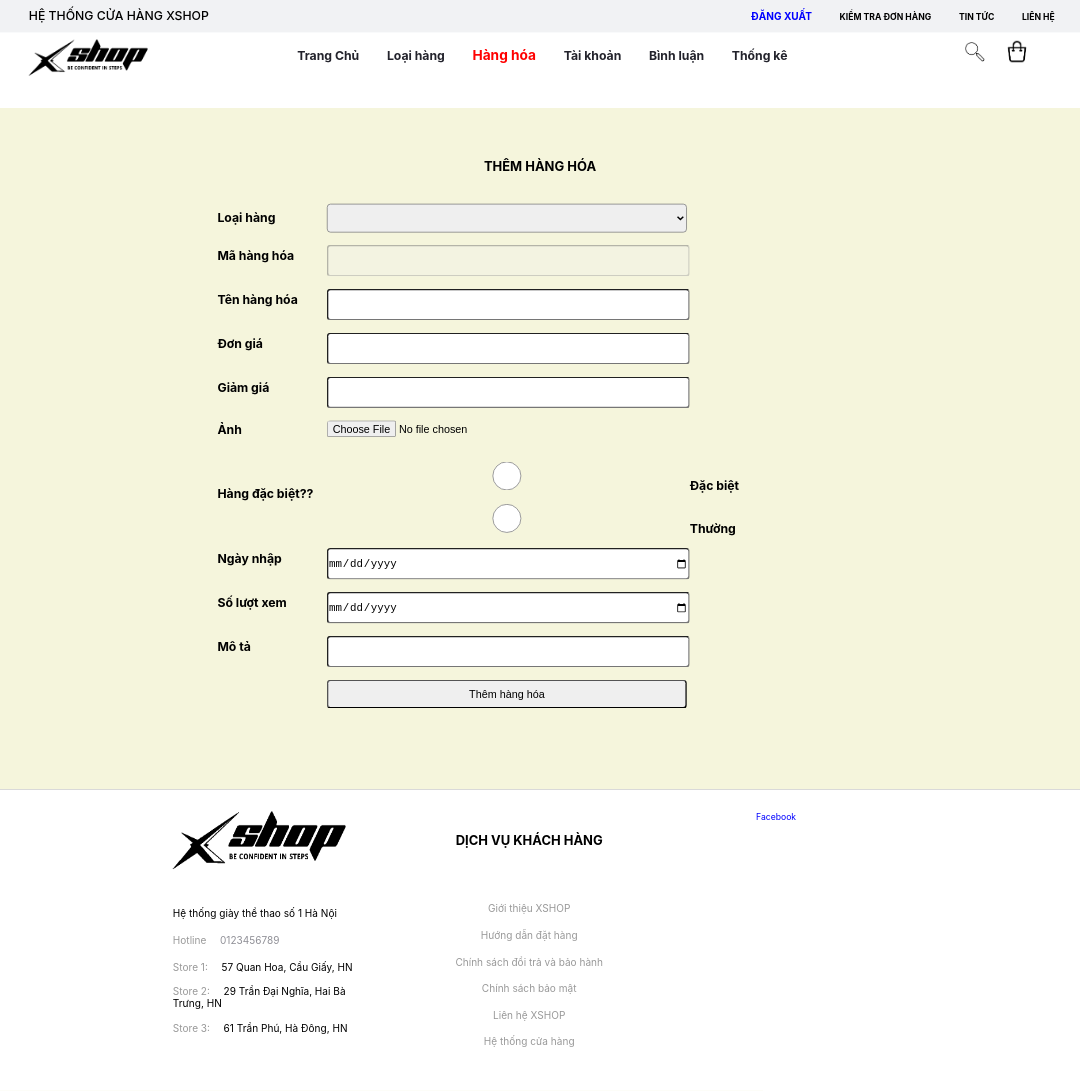
Repository: tienaq123/dam
Page: http://localhost/ass/ad/themsanpham.php
An editor plug-in stored every save of this project. The page is shown before and after the next save, followed by the edit.
The browser window is 1280 px wide. The page is 1500 px wide, so the pictures cover 1500 px, including what lies to the right of the window. The pictures show the whole page, at 72% of full size.
The page is run by PHP 8.4 with error messages shown; the project is at /var/www/html/. Queries for data that is not in the repository find no rows.

Above is the page before, as saved 2021-10-22 02:26:36.

### ad/themsanpham.php
<?php ob_start(); ?>
<!DOCTYPE html>
<html lang="en">

<head>
    <meta charset="UTF-8">
    <meta http-equiv="X-UA-Compatible" content="IE=edge">
    <meta name="viewport" content="width=device-width, initial-scale=1.0">
    <title>Thêm hàng hóa</title>
    <link rel="stylesheet" href="../css/them.css">
</head>

<body>
    <div id="wapper">

        <div id="topbar">
            <a href="#">
                <h2> HỆ THỐNG CỬA HÀNG XSHOP</h2>
            </a>
            <ul>
                <li><a class="active" style="color:blue; font-size: 14px;" href="../logout.php">ĐĂNG XUẤT</a></li>
                <li><a href="product.php">KIỂM TRA ĐƠN HÀNG</a></li>
                <li><a href="product.php">TIN TỨC</a></li>
                <li><a href="product.php">LIÊN HỆ</a></li>
            </ul>
        </div>
        <header id="header">
            <div id="logo">
                <a href="http://localhost/xshop/"> <img src="../img/logo.png" alt="Logo"></a>
            </div>
            <div class="menu">
                <ul>
                    <li><a href="../home.php">Trang Chủ</a></li>
                    <li><a href="quantridanhmuc.php">Loại hàng</a></li>
                    <li><a href="quantrisanpham.php" style="color: red; font-size: 19px;">Hàng hóa</a></li>
                    <li><a href="quantritaikhoan.php">Tài khoản</a></li>
                    <li><a href="quantritaikhoan.php">Bình luận</a></li>
                    <li><a href="quantritaikhoan.php">Thống kê</a></li>
                    <div id="nav">
                        <a href="product.php"> <img src="../img/search.png" alt=""></a>
                        <a href="product.php"><img src="../img/giohang.png" alt=""></a>
                    </div>
                </ul>

            </div>

        </header>

        <!-- END HEADER -->

        <main>
            <h2 style="text-align: center; margin: 20px 0px 40px 0px;">THÊM HÀNG HÓA</h2>
            <form action="" method="POST" enctype="multipart/form-data">

                <table>
                    <tr>
                        <td class="left">Loại hàng</td>
                        <td class="right"><select style="width: 500px; height: 40px; border-radius: 5px;" name="danhmuc">
                                <?php
                                include '../db.php';
                                $sqldmuc = "select * from danhmuc";
                                $kqdm = $conn->query($sqldmuc);
                                foreach ($kqdm as $key => $rows) {
                                ?>
                                    <option value="<?php echo $rows['id_danhmuc'] ?>"><?php echo $rows['tendanhmuc'] ?>
                                    </option>
                                <?php
                                }
                                ?>
                            </select> <br></td>
                    </tr>

                    <tr>
                        <td class="left">Mã hàng hóa</td>
                        <td class="right"><input type="text" name="ma_hh" disabled> <br></td>
                    </tr>

                    <tr>
                        <td class="left">Tên hàng hóa</td>
                        <td class="right"><input type="text" name="tensp"> <br></td>
                    </tr>

                    <tr>
                        <td class="left">Đơn giá</td>
                        <td class="right"><input type="text" name="don_gia"> <br></td>
                    </tr>

                    <tr>
                        <td class="left">Giảm giá</td>
                        <td class="right"><input type="text" name="giam_gia"> <br></td>
                    </tr>
                    <tr>
                        <td class="left">Ảnh</td>
                        <td class="right"><input type="file" name="hinh"><br></td>
                    </tr>

                    <tr>
                        <td class="left">Hàng đặc biệt??</td>
                        <td class="right"><input name="dac_biet" type="radio" value="dac_biet" /><span style="font-size: 17px; font-weight:bold; margin-bottom: 30px"> Đặc biệt</span>
                                          <input name="dac_biet" type="radio" value="thuong" /><span style="font-size: 17px; font-weight:bold; margin-bottom: 30px"> Thường</span> <br>
                        </td>
                    </tr>

                    <tr>
                        <td class="left">Ngày nhập</td>
                        <td class="right"><input type="date" name="ngay_nhap"> <br></td>
                    </tr>

                    <tr>
                        <td class="left">Số lượt xem</td>
                        <td class="right"><input type="date" name="so_luot_xem"> <br></td>
                    </tr>

                    <tr>
                        <td class="left">Mô tả</td>
                        <td class="right"><input type="text" name="mo_ta"> <br></td>
                    </tr>

                    <tr>
                        <td></td>
                        <td class="right"><input type="submit" value="Thêm hàng hóa" name="btn"></td>
                    </tr>
                </table>

            </form>
            <?php
            if (isset($_POST['btn'])) {
                $tensp = $_POST['tensp'];
                $giacu = $_POST['giacu'];
                $giamoi = $_POST['giamoi'];
                $vantatsp = $_POST['vantatsp'];
                $chitietsp = $_POST['chitietsp'];
                $danhmuc = $_POST['danhmuc'];

                $tenanh = $_FILES['anhsp']['name'];
                $duongdananh = $_FILES['anhsp']['tmp_name'];
                move_uploaded_file($duongdananh, '../images/' . $tenanh);

                $sql = "insert into sanpham values(null, '$tensp', '$tenanh', '$giacu', '$giamoi', '$vantatsp', '$chitietsp', '$danhmuc')";
                $kq = $conn->prepare($sql);
                if ($kq->execute()) {
                    header("location:quantrisanpham.php");
                } else {
                    echo "Không thêm được";
                }
            }
            ?>
        </main>

        <footer id="footer">
            <div id="logo_footer">
                <a href="#"><img src="../img/logo.png" alt=""></a>
                <p>Hệ thống giày thể thao số 1 Hà Nội</p>
                <p class="hotline"><span>Hotline</span> <a href="#">0123456789</a></p>
                <p><span>Store 1:</span> 57 Quan Hoa, Cầu Giấy, HN <br> <br> <span>Store 2:</span> 29 Trần Đại Nghĩa,
                    Hai Bà Trưng, HN <br> <br><span>Store 3:</span> 61
                    Trần Phú, Hà Đông, HN <br> <br> </p>
            </div>
            <div id="dichvu">
                <h2>DỊCH VỤ KHÁCH HÀNG</h2>
                <p><a href="#">Giới thiệu XSHOP</a> <br> </p>
                <p><a href="#">Hướng dẫn đặt hàng</a> <br> </p>
                <p><a href="#">Chính sách đổi trả và bảo hành</a> <br> </p>
                <p><a href="#">Chính sách bảo mật</a> <br> </p>
                <p><a href="#">Liên hệ XSHOP</a> <br> </p>
                <p><a href="#">Hệ thống cửa hàng</a></p>
            </div>

            <div id="facebook">
                <div id="fb-root"></div>
                <script async defer crossorigin="anonymous" src="https://connect.facebook.net/vi_VN/sdk.js#xfbml=1&version=v10.0&appId=256623368880552&autoLogAppEvents=1" nonce="aj8H3wq8"></script>
                <div class="fb-page" data-href="https://www.facebook.com/facebook" data-tabs="timeline" data-width="250" data-height="300" data-small-header="false" data-adapt-container-width="true" data-hide-cover="false" data-show-facepile="true">
                    <blockquote cite="https://www.facebook.com/facebook" class="fb-xfbml-parse-ignore"><a href="https://www.facebook.com/facebook">Facebook</a></blockquote>
                </div>
            </div>
        </footer>
    </div>
</body>

</html>

### db.php
<?php
    try {
        $conn=new PDO("mysql:host=localhost; dbname=dam;charset=utf8", "root", "");
    } catch (PDOException $e) {
        echo "Lỗi kết nối";
    }

### css/them.css
img {
    width: 200px;
}

* {
    margin: 0;
    padding: 0;
}

body {
    font-family: -apple-system, BlinkMacSystemFont, 'Segoe UI', Roboto, Oxygen, Ubuntu, Cantarell, 'Open Sans', 'Helvetica Neue', sans-serif;
    font-size: 12px;
}

a {
    text-decoration: none;
    color: blue;
    list-style: none;
}



img {
    border: 0px;
}

header,
nav,
section,
aside,
article,
footer,
table,
figure {
    display: block;
}

/* code page */

#wapper {
    width: 1500px;
    margin: auto;
    ;
    overflow: hidden;
}

#topbar {
    width: 1500px;
    height: 45px;
    background-color: #f1f2f4;
    float: left;
}

#topbar h2 {
    font-size: 17px;
    font-weight: 500;
    line-height: 45px;
    margin-left: 40px;
    color: #000;
    float: left;
}

#topbar ul {
    float: right;
}

#topbar ul li {
    display: inline-block;
    line-height: 45px;
    margin-right: 35px;
}

#topbar ul li a {
    color: #000;
    font-weight: bolder;
}

#topbar ul li a:hover {
    color: #775454;
}

#topbar ul li .active {
    color: cornflowerblue;
    font-size: 14px;
}

#header {
    width: 100%;
    height: 100px;
    background-color: #ffffff;
    padding: 10px 0 40px 0;
}

#header #logo img {
    float: left;
    width: 165px;
    height: 50px;
    color: #000;
    margin: 10px 0 0 40px;
}

#header .menu ul {
    text-align: center;
    margin-right: 50px;
    line-height: 66px;
}

#header .menu ul li {
    display: inline-block;
    margin-right: 35px;
}

#header .menu ul li a {
    font-size: 17px;
    font-weight: bold;
    color: #23232c;
}

#header .menu ul li a:hover {
    color: red;
}

#nav {
    float: right;
    line-height: 80px;
}

#nav img {
    width: 35px;
    height: 35px;
    margin-right: 20px;
}

main {
    background-color: beige;
    padding: 50px 0px 100px 0px;
}

main table {
    margin: 10px 0px 10px 300px;
}

main table .left {
    width: 150px;
    height: 30px;
    font-size: 17px;
    font-weight: bold;
    margin-top: 15px;
}

main table input {
    width: 500px;
    height: 40px;
    border-radius: 5px;
    margin-top: 15px;
    font-size: 15px;
}

main table tr {
    padding-top: 50px;
    border: 1px solid black;
}

/* END MAIN */

#footer {
    width: 1500px;
    border-top: 1px solid #ccc;
    display: grid;
    grid-template-columns: 1fr 1fr 1fr;
}

#footer #logo_footer {
    float: left;
}

#footer #logo_footer img {
    width: 240px;
    height: 80px;
    margin: 30px 0 30px 240px;
}

#footer #logo_footer a {
    color: #909097;
}

#footer #logo_footer span {
    color: #999999;
    margin-right: 15px;
}

#footer #logo_footer p {
    font-size: 14px;
    margin: 20px 0 20px 240px;
}

#footer #dichvu {
    text-align: center;
    margin: 60px 30px 40px 0;
}

#footer #dichvu h2 {
    margin-bottom: 75px;
}

#footer #dichvu p {
    margin-bottom: 20px;
}

#footer #dichvu p a {
    font-size: 14px;
    color: #999999;
}

#footer #facebook {
    margin: 30px 0 0 50px;
}

After the next save:
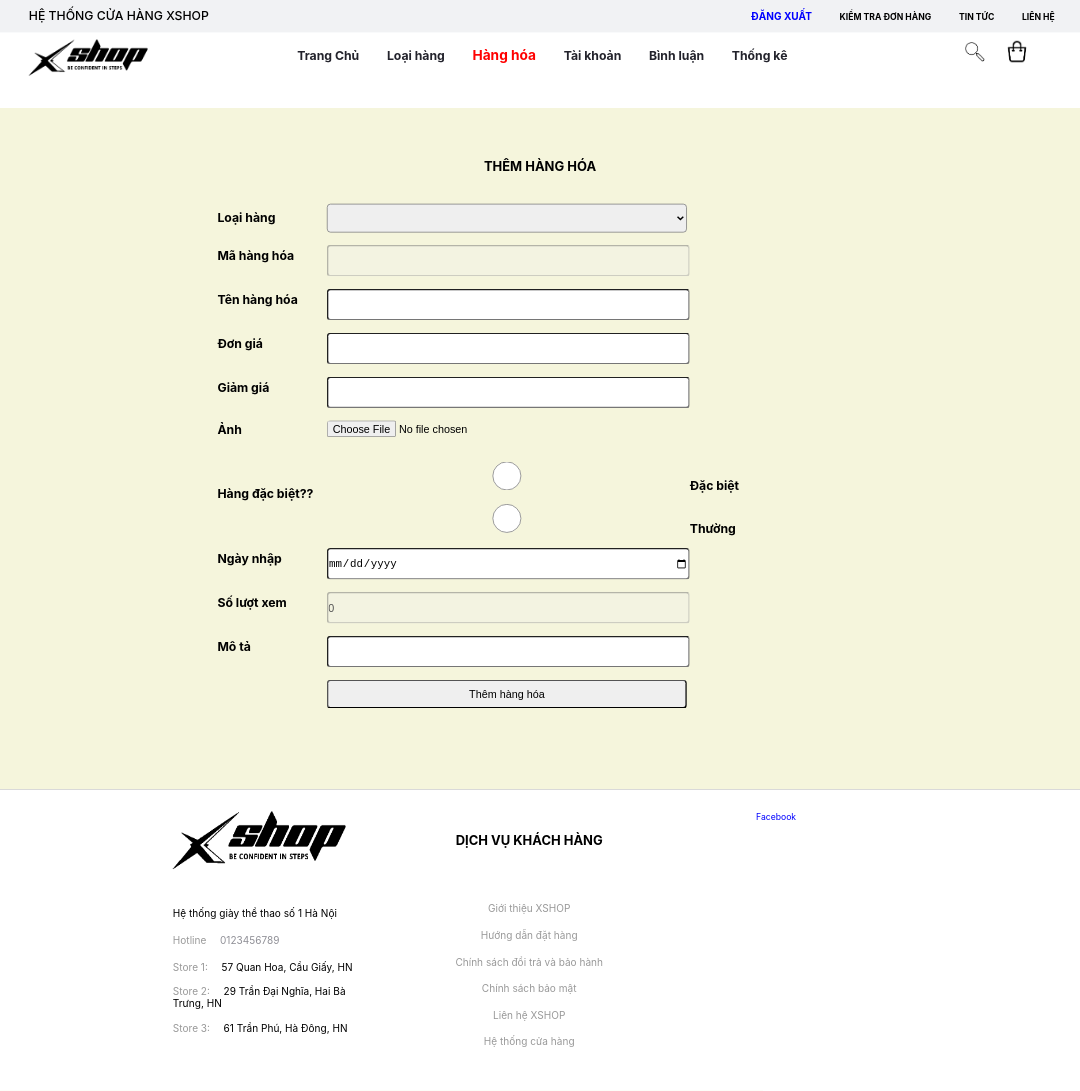
Saved 56 s later.
--- a/ad/themsanpham.php
+++ b/ad/themsanpham.php
@@ -108,7 +108,7 @@
 
                     <tr>
                         <td class="left">Số lượt xem</td>
-                        <td class="right"><input type="date" name="so_luot_xem"> <br></td>
+                        <td class="right"><input type="text" name="so_luot_xem" value="0" disabled> <br></td>
                     </tr>
 
                     <tr>
